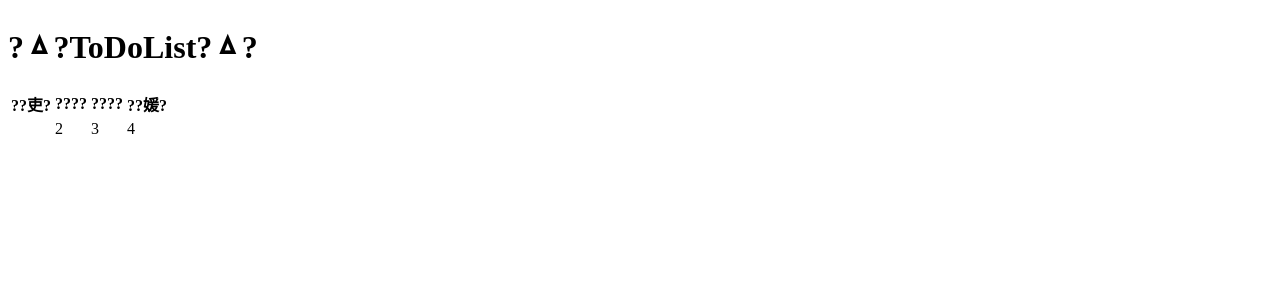
Repository: Flower-Deer/Mybatis_Practice_TodoList
Page: http://localhost/ToDoList/test.jsp
The author's editor kept a copy of each file at every save. The page is drawn from the files as they stood at one save, then again after the next save.
The browser window is 1280 px wide. The pictures show the whole page.
The page is served by Tomcat 9.

Above is the page before, as saved 2023-03-18 06:04:10.

After the next save:
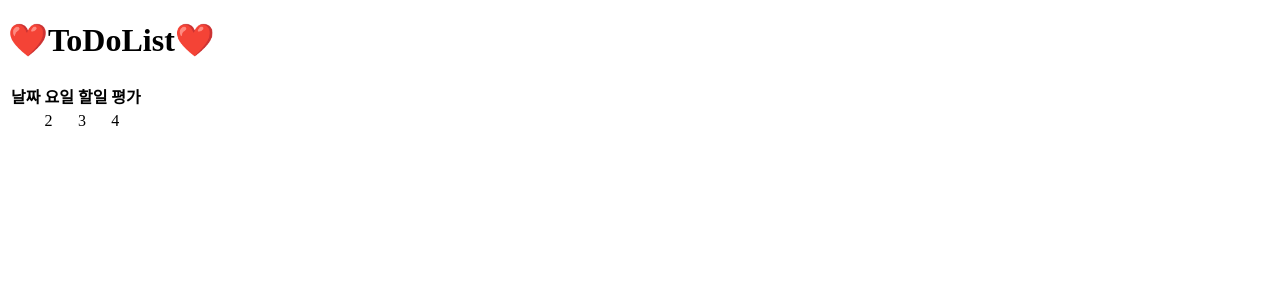
Saved 23 s later.
--- a/ToDoList/src/main/webapp/test.jsp
+++ b/ToDoList/src/main/webapp/test.jsp
@@ -1,5 +1,5 @@
-<%@ page language="java" contentType="text/html; charset=EUC-KR"
-    pageEncoding="EUC-KR"%>
+<%@ page language="java" contentType="text/html; charset=UTF-8"
+    pageEncoding="UTF-8"%>
 <!DOCTYPE html>
 <html>
 <head>
